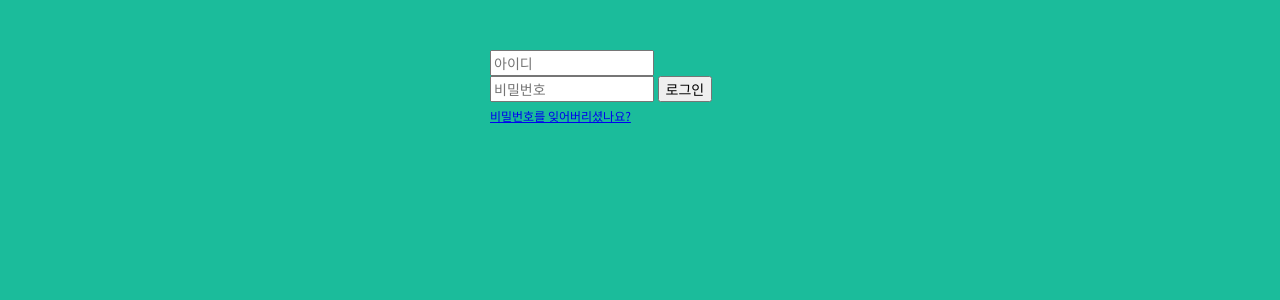
Repository: yesaroun/SS-final-project
Page: http://localhost/codeit-html/login-userlogin.jsp
An editor plug-in stored every save of this project. The page is shown before and after a run of saves, followed by the edit.
The browser window is 1280 px wide. The pictures show the whole page.
The page is served by Tomcat 9.

Above is the page before, as saved 2022-05-26 12:51:50.

After the next 2 saves:
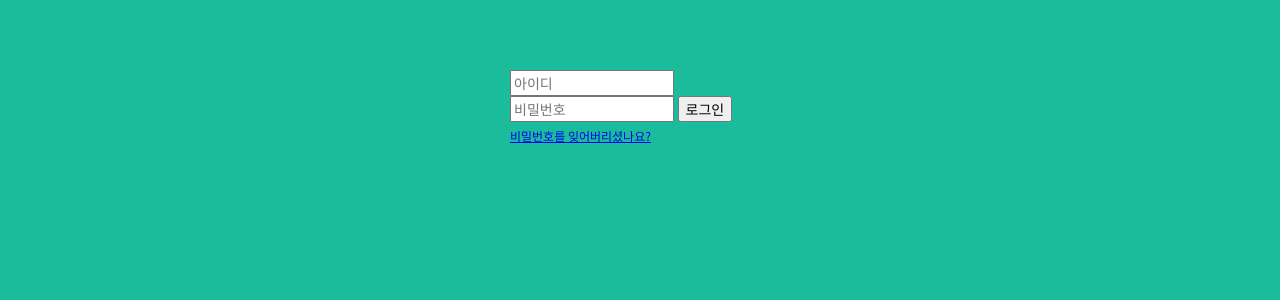
The 2 saves are shown as one change because they came seconds apart.
The last was saved 29 s later.
--- a/codeit-html/WebContent/css/userlogin.css
+++ b/codeit-html/WebContent/css/userlogin.css
@@ -18,6 +18,8 @@ body
 	margin-left: auto;
 	margin-right: auto;
 	margin-top: 50px;
+	border-radius: 5px;
+	padding: 20px;
 }
 
 .text-field
